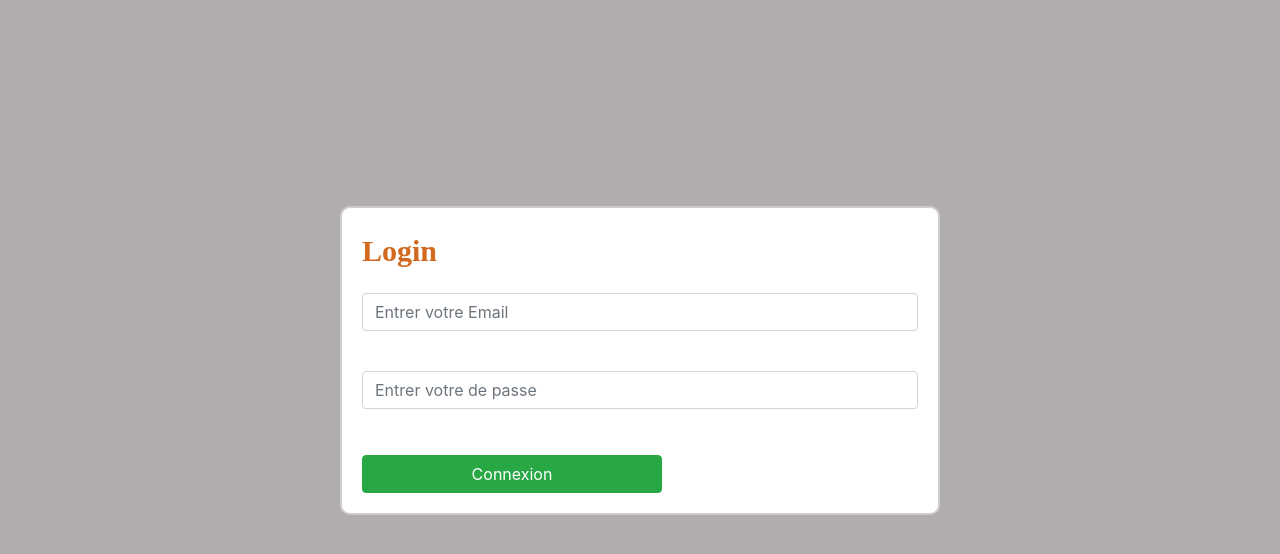
Repository: DiaryRz/FrontWeb
Page: /
These files come from the project's save history. The page is drawn as it stood at one moment and after the next save; the edit follows.
The browser window is 1280 px wide. The pictures show the whole page.
The project was rebuilt for these pictures with package versions that can differ from the ones it lists, and the page was loaded fresh each time. Also part of the build but not shown: src/component/css/Header.css, src/component/Header.jsx, src/page/css/AppAffichage.css, src/component/css/NavBar.css, src/component/NavBar.jsx, src/component/css/Model.css, src/component/InsertModel.jsx, src/page/AppAffichage.jsx and 26 more.

Above is the page before, as saved 2024-01-28 21:04:26.

### src/App.js
import AppAffichage from './page/AppAffichage';
import Liste from './page/Carburant';
import InsertionBoiteDeVitesse from './page/BoiteDeVitesse';
import InsertionLieu from './page/Lieu';
import InsertionMarque from './page/Marque';
import ListeDesLieux from './page/SelectLieu';
import Login from './component/Login';
import InsertionCategorie from './component/InsertionCategorie';
import ListeCarburant from './page/ListeCarburant';
import ListeCategorie from './page/ListeCategorie';
import Recherche from './page/Recherche';
import AnnonceAValider from './page/AnnonceAValiderPage';
import Chart from './page/ChartPage';
import { BrowserRouter, Route, Routes } from 'react-router-dom';
import ListeDesVit from './page/ListeBoiteDeVitessePage';
import ListeDesMar from './page/ListeMarquePage';

function App() {
  return (
    <div className="App">
      <BrowserRouter>
        <Routes>
          <Route path='/' element = {<Login/> }></Route>
          <Route path='/insertionModel' element={ <AppAffichage /> }></Route>     {/* Insertion model */}
          <Route path='/InsertionCarburant' element={ <Liste /> }></Route>
          <Route path='/InsertionBoiteDeVitesse' element={ <InsertionBoiteDeVitesse /> }></Route>
          <Route path='/InsertionLieu' element={ <InsertionLieu /> }></Route>
          <Route path='/InsertionMarque' element={ <InsertionMarque /> }></Route>
          <Route path='/SelectLieu' element={ <ListeDesLieux /> }></Route>
          <Route path='/insertionCategorie' element = {<InsertionCategorie/> }></Route>
          <Route path='/ListeCarburant' element = {<ListeCarburant/> }></Route>
          <Route path='/Recherche' element = {<Recherche/> }></Route>
          <Route path='/ListeCategorie' element = {<ListeCategorie/> }></Route>
          <Route path='/ListeBoiteVitesse' element = {<ListeDesVit/> }></Route>
          <Route path='/ListeMarque' element = {<ListeDesMar/> }></Route>
          <Route path='/AnnonceAValider' element = {<AnnonceAValider/> }></Route>
          <Route path='/statistic' element = {<Chart/> }></Route>
        </Routes>
      </BrowserRouter>
    </div>
  );
}

export default App;

### src/component/Login.js
import React, { useState } from 'react';
import { useNavigate } from 'react-router-dom';


 /* Login.css */
 const loginContainer = {
    display:'flex',
    justifyContent: 'center',
    alignItems: 'center',
    height: '100vh',
    background: '#b2adad',
};


const loginForm = {
    width: '600px',
    padding: '20px',
    border: '2px solid #ccc',
    borderRadius:'10px',
    backgroundColor: 'white',

};

const Login = () => {
    const [nomUtilisateur, setnomUtilisateur] = useState('');
    const [mdp, setmdp] = useState('');
    const navigate = useNavigate();

    const Inserer = async (e) => {
        e.preventDefault();
        const lieu = { nomUtilisateur, mdp };

        try {
            const response = await fetch('http://localhost:8081/utilisateurs/verifierUser', {
                method: 'POST',
                headers: { 'Content-Type': 'application/json' },
                body: JSON.stringify(lieu),
            });

            if (!response.ok) {
                throw new Error(`Erreur lors de la requête : ${response.status}`);
            } else {
                const responseData = await response.text();

                localStorage.setItem("token", responseData);
                console.log(localStorage.getItem("token"));
                navigate('/insertionModel');
            }
        } catch (error) {
            console.error('Une erreur s\'est produite lors de la requête :', error.message);
            // Vous pouvez ajouter ici la gestion de l'erreur, par exemple afficher un message à l'utilisateur.
        }
    };


    return (
        <form onSubmit={Inserer}>
           <div style={loginContainer}>
                    <form style={loginForm}>
                        <div style={{ fontSize: '30px',fontFamily:'serif', marginBottom: '20px' ,color:'chocolate'}}><b>Login</b></div>
                        <div className="mb-3">
                            <input type="email" className="form-control" placeholder="Entrer votre Email" value={nomUtilisateur} onChange={(e) => setnomUtilisateur(e.target.value)} />
                        </div>
                        <div className="mb-3" style={{marginTop:'40px'}}>
                            <input type="password" className="form-control" placeholder="Entrer votre de passe" value={mdp} onChange={(e) => setmdp(e.target.value)} />
                        </div>
                        <button type="submit" className="btn btn-success" style={{width:'300px',marginTop:'30px'}}>
                            Connexion
                        </button>
                    </form>

                </div>
        </form>
    );
};

export default Login;

Loaded but not shown: public/index.html (common file); src/index.js (common file); src/index.css (common file); src/reportWebVitals.js (common file); src/assets/bootstrap/css/bootstrap.min.css (library)

After the next save:
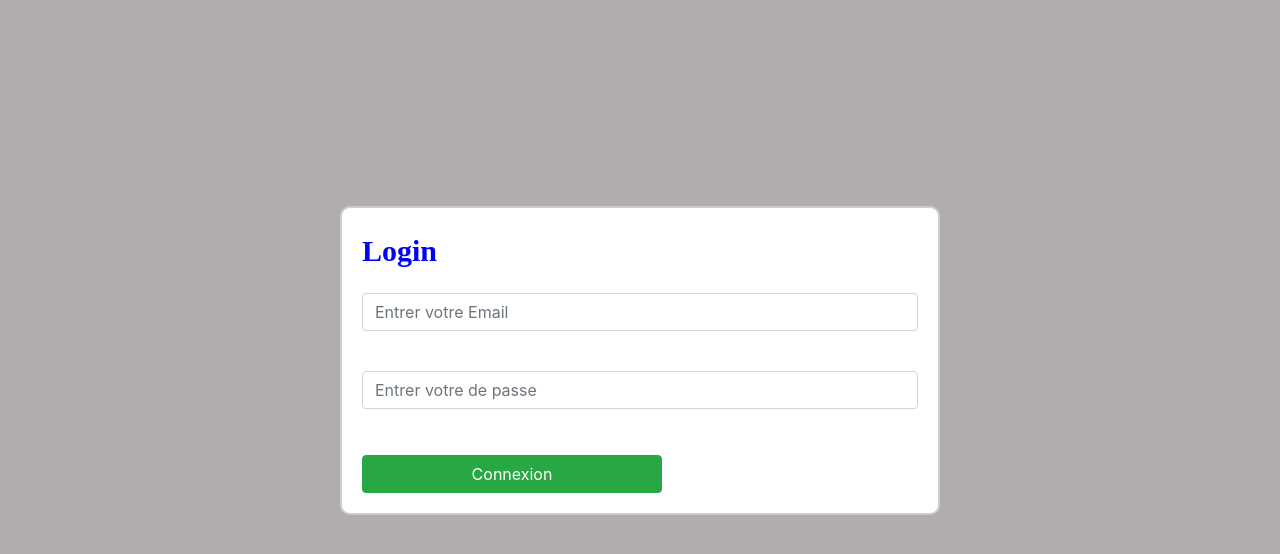
Saved 23 s later.
--- a/src/component/Login.js
+++ b/src/component/Login.js
@@ -57,7 +57,7 @@ const Login = () => {
         <form onSubmit={Inserer}>
            <div style={loginContainer}>
                     <form style={loginForm}>
-                        <div style={{ fontSize: '30px',fontFamily:'serif', marginBottom: '20px' ,color:'chocolate'}}><b>Login</b></div>
+                        <div style={{ fontSize: '30px',fontFamily:'serif', marginBottom: '20px' ,color:'blue'}}><b>Login</b></div>
                         <div className="mb-3">
                             <input type="email" className="form-control" placeholder="Entrer votre Email" value={nomUtilisateur} onChange={(e) => setnomUtilisateur(e.target.value)} />
                         </div>
